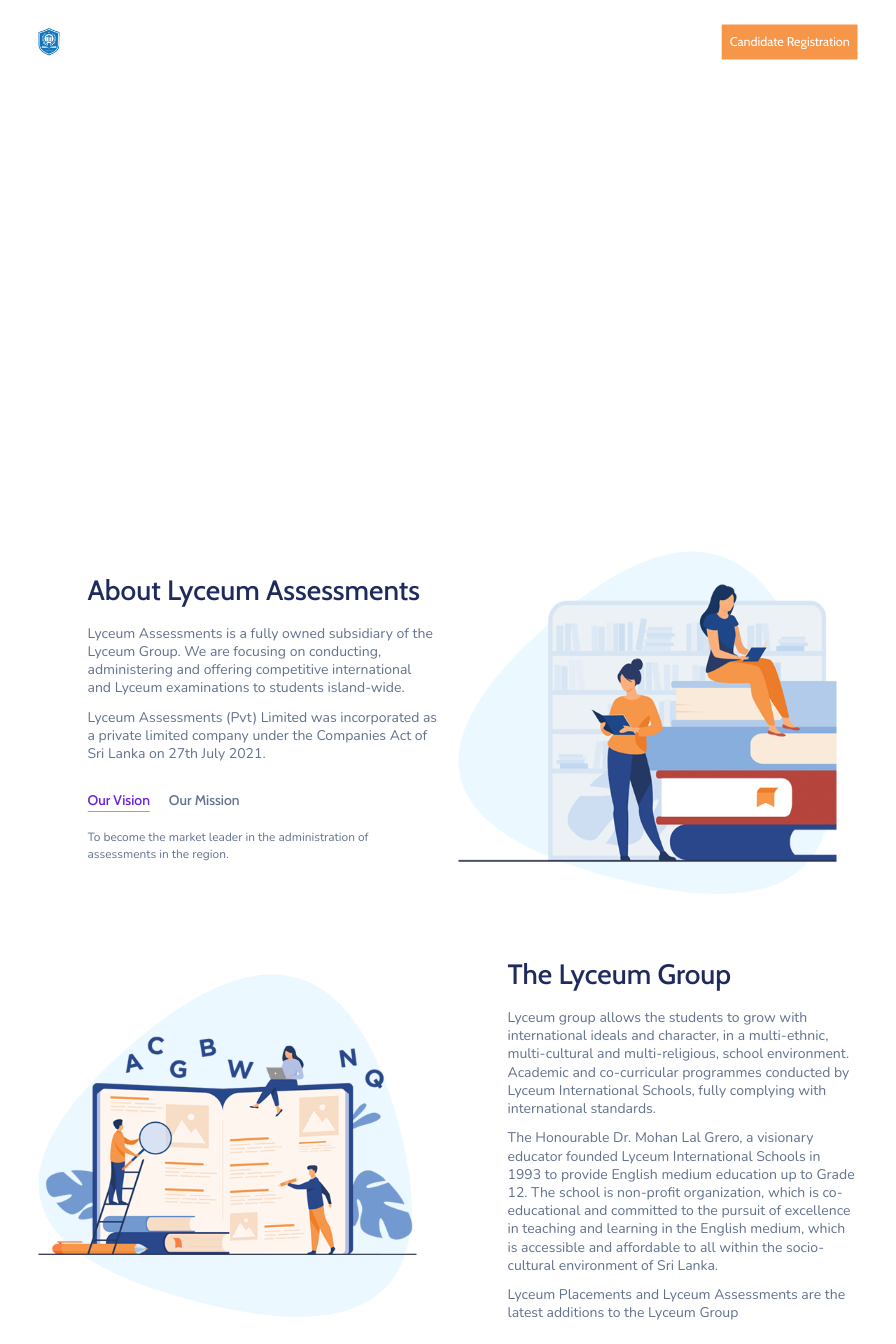
Repository: AXUSLK/LyceumAssessments-HTML
Page: index.html
The author's editor kept a copy of each file at every save. The page is drawn from the files as they stood at one save, then again after a run of saves.
The browser window is 1280 px wide. The pictures show the part of the page from y = 0 to 1920 px (the page is 4912 px tall before and 4886 px after), at 70% of full size.
Some web libraries are served in a nearby version.

Above is the page before, as saved 2022-01-31 16:58:55.

### index.html
<!DOCTYPE html>
<html lang="en">

<head>
	<!-- set the encoding of your site -->
	<meta charset="utf-8">
	<meta name="viewport" content="width=device-width, initial-scale=1.0">
	<!-- set the page title -->
	<title>Lyceum Assessments is a fully owned subsidiary of the Lyceum Group.</title>
	<!-- inlcude google cabin font cdn link -->
	<link
		href="https://fonts.googleapis.com/css2?family=Cabin:ital,wght@0,400;0,500;0,600;0,700;1,400;1,500;1,600;1,700&display=swap"
		rel="stylesheet">
	<!-- inlcude google nunito font cdn link -->
	<link
		href="https://fonts.googleapis.com/css2?family=Nunito:ital,wght@0,300;0,400;0,600;0,700;1,300;1,400;1,600;1,700&display=swap"
		rel="stylesheet">
	<!-- include the site bootstrap stylesheet -->
	<link rel="stylesheet" href="css/bootstrap.css">
	<!-- include the site stylesheet -->
	<link rel="stylesheet" href="style.css">
	<!-- include theme color setting stylesheet -->
	<link rel="stylesheet" href="css/colors.css">
	<!-- include the site responsive stylesheet -->
	<link rel="stylesheet" href="css/responsive.css">
</head>

<body>
	<!-- pageWrapper -->
	<div id="pageWrapper">
		<div class="phStickyWrap">

			<!-- pageHeader -->
			<header id="pageHeader" class="w-100 headerFixer">
				<div class="container">
					<!-- hdHolder -->
					<div class="hdHolder position-relative pt-2 pb-2 pt-lg-4 pb-lg-4 pt-xl-7 pb-xl-7">
						<div class="row">
							<div class="col-4 col-md-2">
								<!-- logo -->
								<div class="logo mt-1">
									<a href="javascript:void(0);">
										<img src="images/LYA__LOGO.png" class="img-fluid" alt="">
									</a>
								</div>
							</div>
							<div class="col-8 col-md-10 position-static">
								<!-- pageNav -->
								<nav id="pageNav"
									class="navbar navbar-expand-md navbar-dark justify-content-end p-0 align-items-start position-static">
									<!-- pageMainNavCollapse -->
									<div class="collapse navbar-collapse pageMainNavCollapse justify-content-end"
										id="pageMainNavCollapse">
										<!-- mainNavigation -->
										<ul class="navbar-nav mainNavigation fwSemi pt-md-2">
											<li class="nav-item">
												<a class="nav-link" href="#pageWrapper">Home <span
														class="sr-only">(current)</span></a>
												</a>
											</li>
											<li class="nav-item">
												<a class="nav-link" href="#scrollToAbout">About Us</a>
												</a>
											</li>
											<li class="nav-item">
												<a class="nav-link" href="#scrollToCambridge">Cambridge
													International</a>
												</a>
											</li>
											<li class="nav-item">
												<a class="nav-link" href="#scrollToDownloads">Downloads</a>
												</a>
											</li>
											<li class="nav-item">
												<a class="nav-link" href="#scrollToContact">Contact Us</a>
												</a>
											</li>
										</ul>
									</div>
									<!-- hdBtn -->
									<a href="javascript:void(0);"
										class="btn btn-info font-weight-normal text-capitalize hdBtn ml-md-3 ml-md-6 ml-lg-12 position-relative border-0 p-0"
										data-hover="Get Started">
										<span class="d-block btnText">Candidate Registration </span>
									</a>
									<!-- pageNavOpener -->
									<button class="navbar-toggler pageNavOpener ml-3" type="button"
										data-toggle="collapse" data-target="#pageMainNavCollapse"
										aria-controls="pageMainNavCollapse" aria-expanded="false"
										aria-label="Toggle navigation">
										<span class="navbar-toggler-icon"></span>
									</button>
								</nav>
							</div>
						</div>
					</div>
				</div>
			</header>
		</div>

		<main>

			<!-- Header -->
			<section class="introBlock ">
				<div class="carousel">
					<div class="carousel-inner">
						<input class="carousel-open" type="radio" id="carousel-1" name="carousel" aria-hidden="true"
							hidden="" checked="checked">
						<div class="carousel-item">
							<img src="http://fakeimg.pl/2000x800/0079D8/fff/?text=Without">
						</div>
						<input class="carousel-open" type="radio" id="carousel-2" name="carousel" aria-hidden="true"
							hidden="">
						<div class="carousel-item">
							<img src="http://fakeimg.pl/2000x800/DA5930/fff/?text=JavaScript">
						</div>
						<input class="carousel-open" type="radio" id="carousel-3" name="carousel" aria-hidden="true"
							hidden="">
						<div class="carousel-item">
							<img src="http://fakeimg.pl/2000x800/F90/fff/?text=Carousel">
						</div>
						<label for="carousel-3" class="carousel-control prev control-1">‹</label>
						<label for="carousel-2" class="carousel-control next control-1">›</label>
						<label for="carousel-1" class="carousel-control prev control-2">‹</label>
						<label for="carousel-3" class="carousel-control next control-2">›</label>
						<label for="carousel-2" class="carousel-control prev control-3">‹</label>
						<label for="carousel-1" class="carousel-control next control-3">›</label>
						<ol class="carousel-indicators">
							<li>
								<label for="carousel-1" class="carousel-bullet">•</label>
							</li>
							<li>
								<label for="carousel-2" class="carousel-bullet">•</label>
							</li>
							<li>
								<label for="carousel-3" class="carousel-bullet">•</label>
							</li>
						</ol>
					</div>
				</div>
			</section>

			<!-- About -->
			<div id="scrollToAbout" class="mt-md-n12 mt-lg-n14 pt-md-12 pt-lg-14">
				<!-- featureBlock -->
				<section class="featureBlock pt-8 pt-md-13 pt-lg-19 pt-xl-23">
					<div class="container">
						<!-- afColumn -->
						<article class="afColumn mb-7 mb-md-11 mb-lg-18">
							<div class="row align-items-center">
								<div class="col-12 col-md-6 wow slideInRight">
									<div class="extraWrap pl-md-7 pl-lg-14">
										<!-- titleWrap -->
										<header class="titleWrap">
											<h3 class="mb-5">About Lyceum Assessments</h3>
											<p>Lyceum Assessments is a fully owned subsidiary of the Lyceum Group. We
												are focusing on
												conducting, administering and offering competitive international and
												Lyceum examinations to
												students island-wide.
											</p>
											<p>
												Lyceum Assessments (Pvt) Limited was incorporated as a private limited
												company under the
												Companies Act of Sri Lanka on 27th July 2021.</p>
										</header>
										<!-- afTabsList -->
										<ul class="nav nav-tabs afTabsList border-0 fontAlter fwMedium mt-8" id="myTab"
											role="tablist">
											<li class="nav-item" role="presentation">
												<a class="nav-link active" id="analytics-tab" data-toggle="tab"
													href="#analytics" role="tab" aria-controls="analytics"
													aria-selected="true">Our Vision</a>
												</a>
											</li>
											<li class="nav-item" role="presentation">
												<a class="nav-link" id="traffic-tab" data-toggle="tab" href="#traffic"
													role="tab" aria-controls="traffic" aria-selected="false">Our
													Mission</a>
												</a>
											</li>
										</ul>
										<!-- myTabContent -->
										<div class="tab-content" id="myTabContent">
											<div class="tab-pane fade show active" id="analytics" role="tabpanel"
												aria-labelledby="analytics-tab">
												<div class="mtctWrap overflow-hidden pt-5">
													<p>To become the market leader in the administration of assessments
														in the region.</p>
												</div>
											</div>
											<div class="tab-pane fade" id="traffic" role="tabpanel"
												aria-labelledby="traffic-tab">
												<div class="mtctWrap overflow-hidden pt-5">
													<p>To provide the expertise required to assess learning at different
														levels of education by making
														globally recognized awards and qualifications accessible &
														affordable to all while ensuring
														international quality standards.</p>
												</div>
											</div>
										</div>
									</div>
								</div>

								<div class="col-12 col-md-6 wow slideInLeft">
									<!-- imgHolder -->
									<div class="imgHolder position-relative mx-auto mb-4 mb-md-0">
										<img src="./images/about.png" class="img-fluid" alt="image description">
										<!-- bgPattern -->
										<span class="bgPattern position-absolute"
											style="background-image: url(images/bgShapes03.png);"></span>
									</div>
								</div>
							</div>
						</article>
					</div>
				</section>
			</div>

			<!-- allFeatBlock -->
			<section id="" class="allFeatBlock pb-3 pb-lg-10 pb-xl-14">
				<div class="container">
					<!-- afColumnsWrap -->
					<div class="afColumnsWrap">
						<!-- afColumn -->
						<article class="afColumn mb-7 mb-md-11 mb-lg-18">
							<div class="row align-items-center">
								<div class="col-12 col-md-6 wow slideInLeft">
									<!-- imgHolder -->
									<div class="imgHolder position-relative mx-auto mb-4 mb-md-0">
										<img src="./images/lyceum_group.png" class="img-fluid" alt="image description">
										<!-- bgPattern -->
										<span class="bgPattern position-absolute"
											style="background-image: url(images/bgShapes03.png);"></span>
									</div>
								</div>
								<div class="col-12 col-md-6 wow slideInRight">
									<div class="extraWrap pl-md-7 pl-lg-14">
										<!-- titleWrap -->
										<header class="titleWrap">
											<h3 class="mb-5">The Lyceum Group</h3>


											<p>Lyceum group allows the students to grow with international ideals and
												character, in a multi-ethnic, multi-cultural and multi-religious, school
												environment. Academic and co-curricular programmes conducted by Lyceum
												International Schools, fully complying with international standards.</p>
											<p>The Honourable Dr. Mohan Lal Grero, a visionary educator founded Lyceum
												International Schools in 1993 to provide English medium education up to
												Grade 12. The school is non-profit organization, which is co-educational
												and
												committed to the pursuit of excellence in teaching and learning in the
												English medium, which is accessible and affordable to all within the
												socio-cultural environment of Sri Lanka.</p>
											<p>Lyceum Placements and Lyceum Assessments are the latest additions to the
												Lyceum Group</p>
										</header>
									</div>
								</div>
							</div>
						</article>
						<!-- afColumn -->
						<article class="afColumn mb-7 mb-md-11 mb-lg-18">
							<div class="row align-items-center">
								<div class="col-12 col-md-6 wow slideInLeft">
									<!-- imgHolder -->
									<div class="imgHolder position-relative mx-auto mb-4 mb-md-0">
										<img src="./images/cambridge.png" class="img-fluid" alt="image description">
										<!-- bgPattern -->
										<span class="bgPattern position-absolute"
											style="background-image: url(images/bgShapes03.png);"></span>
									</div>
								</div>
								<div class="col-12 col-md-6 wow slideInRight">
									<div class="extraWrap pr-md-7 pr-lg-14">
										<!-- titleWrap -->
										<header class="titleWrap">
											<h3 class="mb-5">Cambridge International Examinations</h3>
											<p>
											<p>Cambridge Assessment International Education prepares school students for
												life, helping them develop an informed curiosity and a lasting passion
												for learning.</p>
											<p>Cambridge international qualifications are recognized by the
												world&rsquo;s best universities and employers, giving students a wide
												range of options in their education and career. As a not-for-profit
												organization, Cambridge devotes their resources to delivering
												high-quality educational programs that can unlock learners' potential.
											</p>
											</p>
										</header>

									</div>
								</div>
							</div>
						</article>
					</div>
				</div>
			</section>

			<!-- tryPetAside -->
			<aside class="tryPetAside text-center text-white py-5 py-lg-8 wow pulse">
				<div class="container">
					<p class="mb-0">Register Now <a href="javascript:void(0);"
							class="btn btnWhite mt-3 mt-md-0 mx-md-4 mx-lg-10 btnMin p-0 border-0 position-relative"
							data-hover="Try it"><span class="d-block btnText">Candidate Registration</span></a></p>
				</div>
			</aside>

			<div id="scrollToCambridge" class="mt-md-n12 mt-lg-n14 pt-md-12 pt-lg-14 wow fadeIn" data-wow-delay="1s">
				<!-- testimonialsBlock -->
				<article
					class="testimonialsBlock bg-light pt-7 pb-5 pt-md-9 pb-md-7 pt-lg-14 pb-lg-12 pt-xl-21 pb-xl-19">
					<div class="container">
						<header class="text-center mb-8">
							<h2 class="h4 font-weight-normal">Candidate
								Registration System</h2>
						</header>
						<div class="row">
							<div class="col-12">
								<!-- quotesSlider -->

								<div>
									<p class="clientQuote fontAlter text-primary">
										Cambridge
										Assessment International Education Examinations registration for the
										session May/June
										2022 is now live. Please complete your online registration
										process.</p>
									<!-- clientQuote -->

									<p class="clientQuote fontAlter text-primary pt-5">
										Lyceum Assessments deadlines for Cambridge International May/June 2022 exams
										session</p>

								</div>

							</div>
						</div>
						<div class="row">
							<div class="col-md-2"></div>
							<div class="col-md-8">
								<table class="infoTable">
									<tbody>
										<tr>
											<th width="298">
												<p><strong>Key dates</strong></p>
											</th>
											<th width="234">
												<p><strong>The year 2022</strong></p>
											</th>
										</tr>
										<tr>
											<td width="298">
												<p>Normal Registration Period (Final Entry)</p>
											</td>
											<td width="234">
												<p>02nd February - 14th February</p>
											</td>
										</tr>
										<tr>
											<td width="298">
												<p>Late Penalty Registration Period</p>
											</td>
											<td width="234">
												<p>15th February &ndash; 11th April</p>
											</td>
										</tr>
										<tr>
											<td width="298">
												<p>Very Late Penalty Registration Period</p>
											</td>
											<td width="234">
												<p>12th April onwards</p>
											</td>
										</tr>
										<tr>
											<td width="298">
												<p>Timetabled Exam Period</p>
											</td>
											<td width="234">
												<p>25 April - 10 June</p>
											</td>
										</tr>
									</tbody>
								</table>
							</div>
							<div class="col-md-2"></div>

						</div>
						<p>&nbsp;</p>
						<p class="clientQuote fontAlter text-primary">Candidates are requested to take note of the
							registration deadline.
							Registration
							is completed once you submit the application and completed the relevant
							payment.
						</p>

						<p class="clientQuote fontAlter text-primary">Any payments made after the deadline will be
							treated as late and subjected to
							the
							appropriate extra late fee.</p>

					</div>
				</article>
			</div>

			<!-- allFeatBlock -->
			<section id="scrollToDownloads" class="allFeatBlock pb-3 pb-lg-10 pb-xl-14">
				<div class="container">
					<!-- afColumnsWrap -->
					<div class="afColumnsWrap">
						<!-- afColumn -->
						<article class="afColumn mb-7 mb-md-11 mb-lg-18">
							<div class="row align-items-center">
								<div class="col-12 col-md-6 wow slideInLeft">
									<!-- imgHolder -->
									<div class="imgHolder position-relative mx-auto mb-4 mb-md-0">
										<img src="./images/download.png" class="img-fluid" alt="image description">
										<!-- bgPattern -->
										<span class="bgPattern position-absolute"
											style="background-image: url(images/bgShapes03.png);"></span>
									</div>
								</div>
								<div class="col-12 col-md-6 wow slideInRight">
									<div class="extraWrap pr-md-7 pr-lg-14">
										<!-- titleWrap -->
										<header class="titleWrap">
											<h3 class="mb-5">Download Materials</h3>
											<ul class="list-unstyled tickList mt-7">
												<a href="" target="_blank">
													<li>June 2022 Time Table (Zone-4)
												</a></li>
												<a href="" target="_blank">
													<li>Fees Structure
												</a></li>
												<a href="" target="_blank">
													<li>Cambridge International AS & A Level syllabuses
												</a></li>
												<a href="" target="_blank">
													<li>Cambridge International O Level syllabus
												</a></li>
												<a href="" target="_blank">
													<li>Cambridge IGCSE syllabus
												</a></li>
												<a href="" target="_blank">
													<li>Lyceum Assessments Refund Policy
												</a></li>
												<a href="" target="_blank">
													<li>Lyceum Assessments Refund Form
												</a></li>
												<a href="" target="_blank">
													<li>Subject Entry Amendments Form
												</a></li>
												<a href="" target="_blank">
													<li>Data Entry Amendments Form
												</a></li>
												<a href="" target="_blank">
													<li>Easy Step Guide – School Candidate Below 18
												</a></li>
												<a href="" target="_blank">
													<li>Easy Step Guide – School Candidate above 18
												</a></li>
												<a href="" target="_blank">
													<li>Very Late Registrations Application
												</a></li>

											</ul>
										</header>

									</div>
								</div>
							</div>
						</article>
					</div>
				</div>
			</section>


		</main>

		<!-- Footer -->
		<div class="ftAreaWrap bg-primary text-gray777fa1 wow fadeIn" data-wow-delay="0.5s">
			<!-- footerAside -->
			<aside id="scrollToContact"
				class="footerAside pt-20 pt-md-10 pt-lg-16 pb-1 pb-md-4 position-relative text-center text-sm-left">
				<div class="centerDivItem">
					<!-- ftLogo -->
					<div class="ftLogo mb-6 mx-auto mx-md-0 ">
						<a href="javascript:void(0);">
							<img src="images/LYA__LOGO.png" class="img-fluid " alt="">
						</a>

						<address class="ftAddress text-center pt-5 text-md-left mb-6 mt-6 mt-md-0">3/1, Raymond
							Road,
							Nugegoda, Sri Lanka</address>

						<address class="ftAddress text-center text-md-left mb-6 mt-6 mt-md-0">
							info_assessments@lyceum.lk</address>
					</div>

					<!-- ftAddress -->

				</div>
			</aside>
			<!-- pageFooter -->
			<footer id="pageFooter" class="text-center fontAlter">
				<div class="container">
					<!-- pfHolder -->
					<div class="pfHolder pt-md-10 pt-sm-35 pt-7 pb-5">
						<p>Copyright © 2022 Lyceum Assessments All Rights
							Reserved. Concept Designed and Developed by
							<a target="_blank" href="https://zuse.lk/">ZUSE
								Technologies.</a>
						</p>
					</div>
				</div>
			</footer>
		</div>

	</div>
	<!-- include jQuery library -->
	<script src="js/jquery-3.4.1.min.js"></script>
	<!-- include bootstrap popper JavaScript -->
	<script src="js/popper.min.js"></script>
	<!-- include bootstrap JavaScript -->
	<script src="js/bootstrap.min.js"></script>
	<!-- include custom JavaScript -->
	<script src="js/jqueryCustom.js"></script>
	<!-- include fontAwesome -->
	<script src="https://kit.fontawesome.com/391f644c42.js"></script>
</body>

</html>

### css/colors.css
.btnTheme .btnText,
#pageHeader.fixedPosition,
.featColumn:before,
.tryPetAside,
.ftSocialNetworks > li > a:hover {
	background-color: #29478b;
}

.btnTheme:before,
.afDefList .icn,
.afTabsList .nav-link.active,
.clientQuote q:before,
.tickList > li:before {
	color: #6720df;
}

.btnTheme:before,
.btnTheme .btnText,
.afTabsList .nav-link.active {
	border-color: #6720df;
}

Loaded but not shown: css/bootstrap.css (library); js/jquery-3.4.1.min.js (library); js/popper.min.js (library); js/bootstrap.min.js (library); js/jqueryCustom.js (771 lines, source omitted); style.css (4901 lines, source omitted); css/responsive.css (209 lines, source omitted)

After the next 2 saves:
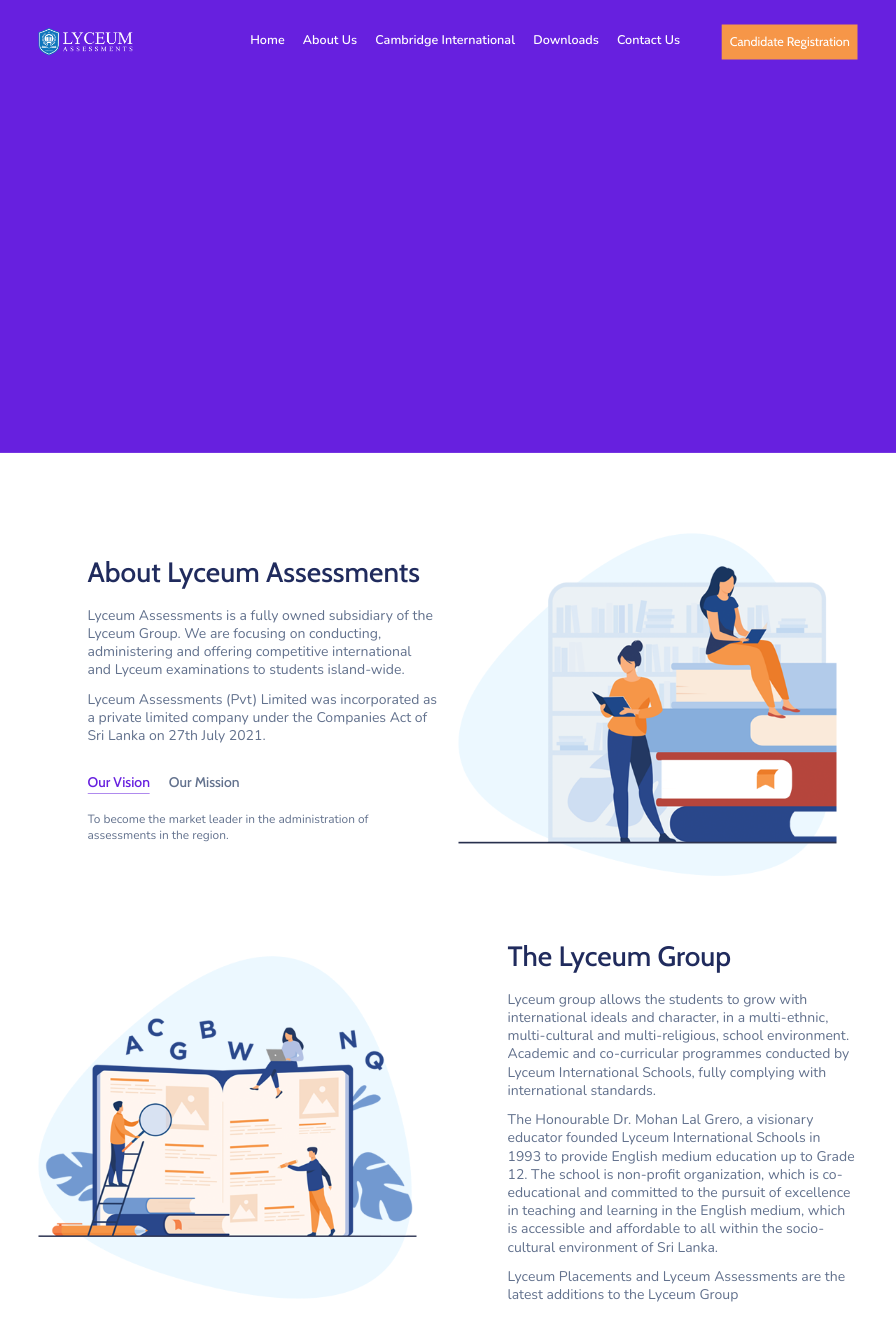
The 2 saves are shown as one change because they came seconds apart.
The last was saved 23 s later.
--- a/index.html
+++ b/index.html
@@ -101,13 +101,13 @@
 		<main>
 
 			<!-- Header -->
-			<section class="introBlock ">
+			<section class="introBlock d-flex w-100 position-relative text-white bg-secondary">
 				<div class="carousel">
 					<div class="carousel-inner">
 						<input class="carousel-open" type="radio" id="carousel-1" name="carousel" aria-hidden="true"
 							hidden="" checked="checked">
 						<div class="carousel-item">
-							<img src="http://fakeimg.pl/2000x800/0079D8/fff/?text=Without">
+							<img src="images/about.png">
 						</div>
 						<input class="carousel-open" type="radio" id="carousel-2" name="carousel" aria-hidden="true"
 							hidden="">
@@ -126,18 +126,22 @@
 						<label for="carousel-2" class="carousel-control prev control-3">‹</label>
 						<label for="carousel-1" class="carousel-control next control-3">›</label>
 						<ol class="carousel-indicators">
+
 							<li>
 								<label for="carousel-1" class="carousel-bullet">•</label>
 							</li>
+
 							<li>
 								<label for="carousel-2" class="carousel-bullet">•</label>
 							</li>
+
 							<li>
 								<label for="carousel-3" class="carousel-bullet">•</label>
 							</li>
 						</ol>
 					</div>
 				</div>
+
 			</section>
 
 			<!-- About -->
@@ -219,7 +223,7 @@
 			</div>
 
 			<!-- allFeatBlock -->
-			<section id="" class="allFeatBlock pb-3 pb-lg-10 pb-xl-14">
+			<section id="scrollToCambridge" class="allFeatBlock pb-3 pb-lg-10 pb-xl-14">
 				<div class="container">
 					<!-- afColumnsWrap -->
 					<div class="afColumnsWrap">
